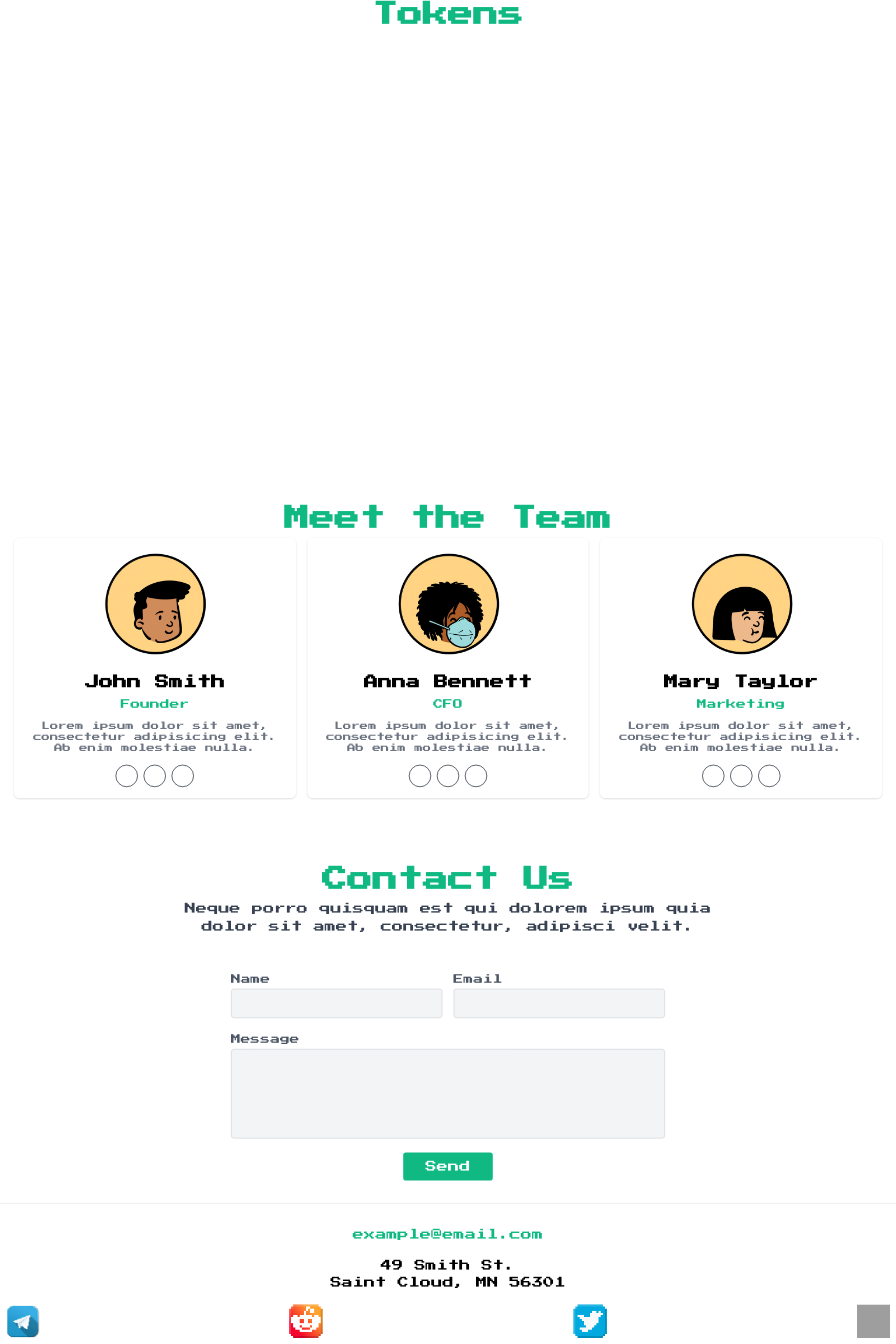
Repository: rhinorphan/phat-landing-page
Page: /
The author's editor kept a copy of each file at every save. The page is drawn from the files as they stood at one save, then again after the next save.
The browser window is 1280 px wide. The pictures show the part of the page from y = 2388 to 4308 px (the page is 4308 px tall), at 70% of full size.
Pictures or frames that could not be fetched are drawn as grey boxes. The project was rebuilt for these pictures with package versions that can differ from the ones it lists, and the page was loaded fresh each time. Also part of the build but not shown: craco.config.js.

Above is the page before, as saved 2021-11-17 22:54:43.

After the next save:
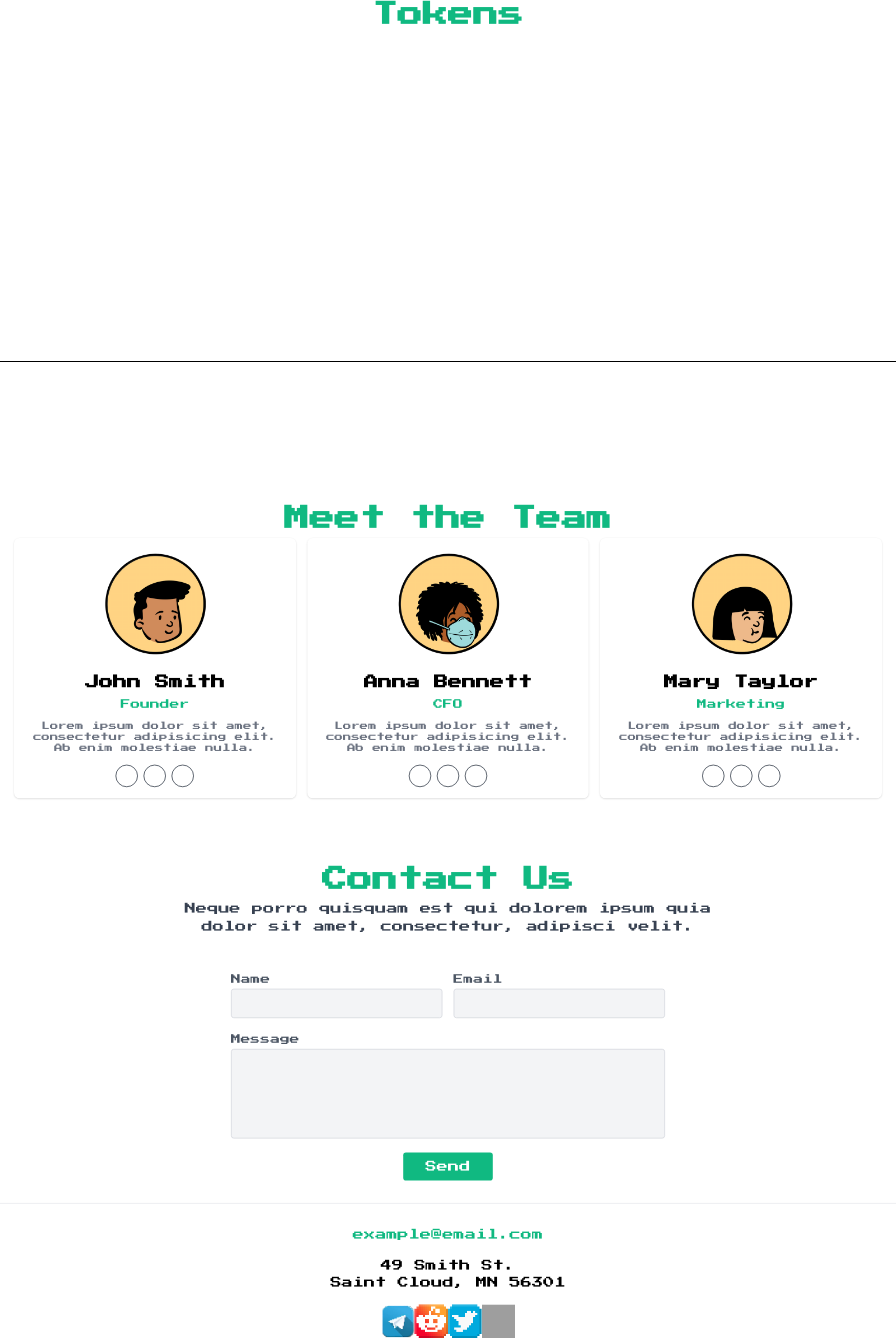
Saved 6 s later.
--- a/src/components/Footer.js
+++ b/src/components/Footer.js
@@ -9,7 +9,7 @@ function Footer() {
         <br />
         Saint Cloud, MN 56301
       </p>
-      <div className="flex flex-row justify-between">
+      <div className="flex flex-row justify-center">
         <img src={`${process.env.PUBLIC_URL}/assets/images/tg.png`} alt="" className="h-12 w-12"/>
         <img src={`${process.env.PUBLIC_URL}/assets/images/reddit.png`} alt="" className="h-12 w-12"/>
         <img src={`${process.env.PUBLIC_URL}/assets/images/twitter.png`} alt="" className="h-12 w-12"/>
